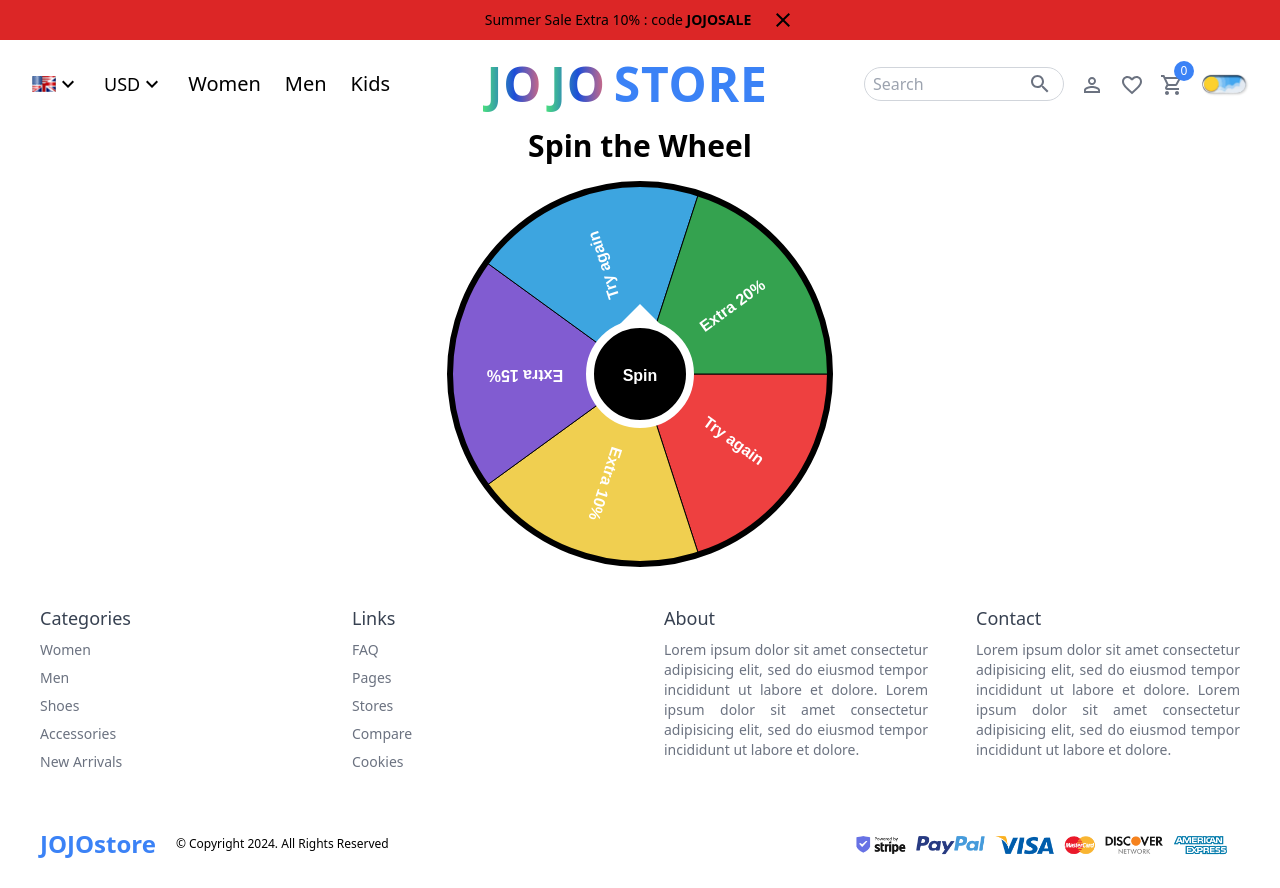
Repository: AiTrinh303/JOJO-STORE
Page: /spinwheelgame
These files come from the project's save history. The page is drawn as it stood at one moment and after a run of saves; the edit follows.
The browser window is 1280 px wide. The pictures show the whole page.
The project was rebuilt for these pictures with package versions that can differ from the ones it lists, and the page was loaded fresh each time. Also part of the build but not shown: vite.config.js, src/components/Cart.jsx, src/components/Form.jsx, src/components/Slider/Slide1.jsx, src/components/Slider/Slide2.jsx, src/components/Slider/Slide3.jsx, src/components/Slider/Slider.scss, src/components/Slider/Slider.jsx and 23 more.

Above is the page before, as saved 2024-06-14 07:52:04.

After the next 2 saves:
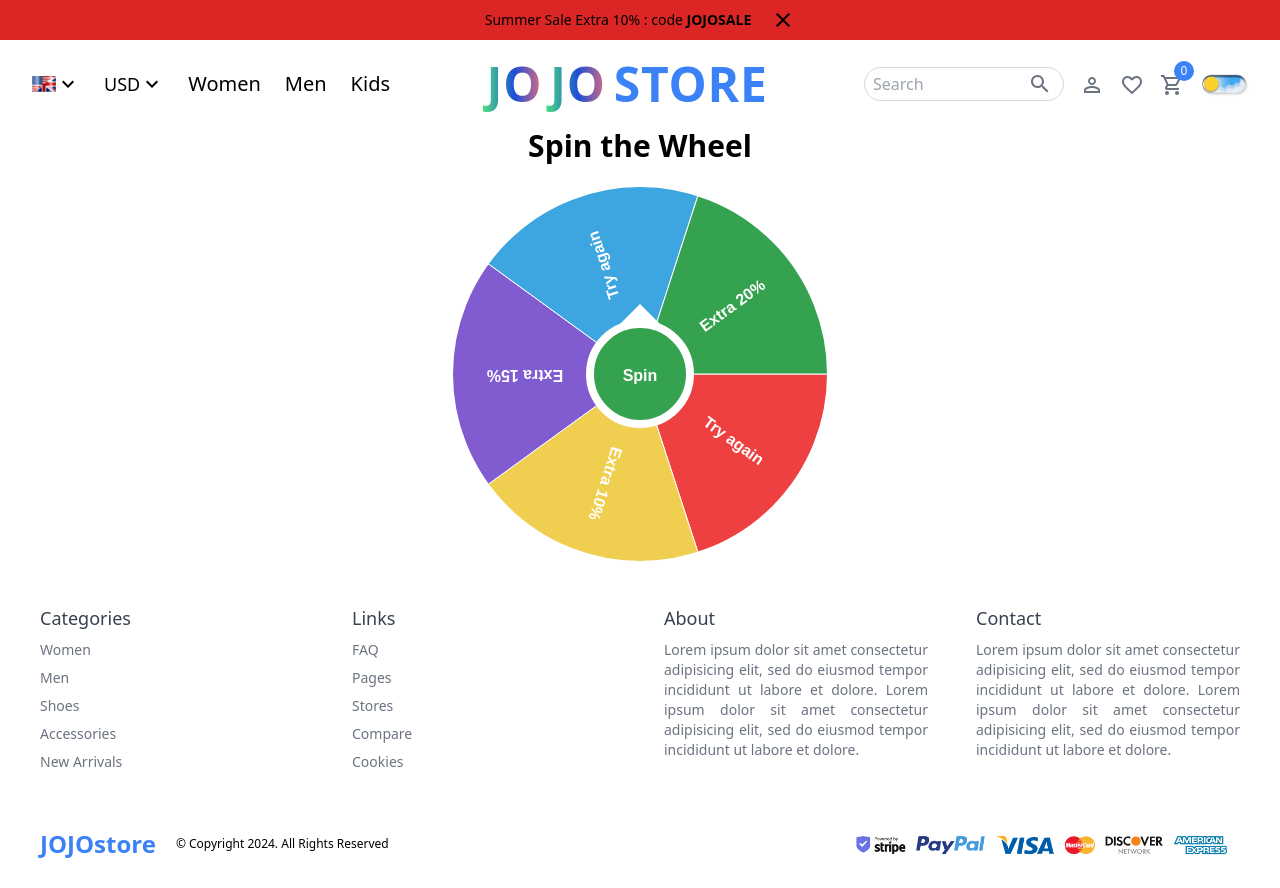
The 2 saves are shown as one change because they came seconds apart.
The last was saved 103 s later.
--- a/src/components/SpinWheelGame.jsx
+++ b/src/components/SpinWheelGame.jsx
@@ -21,7 +21,7 @@ export default function App() {
           segments={segments}
           segColors={segColors}
           onFinished={(winner) => onFinished(winner)}
-          primaryColor="black"
+          primaryColor="blackdarkgrey"
           contrastColor="white"
           buttonText="Spin"
           isOnlyOnce={false}
